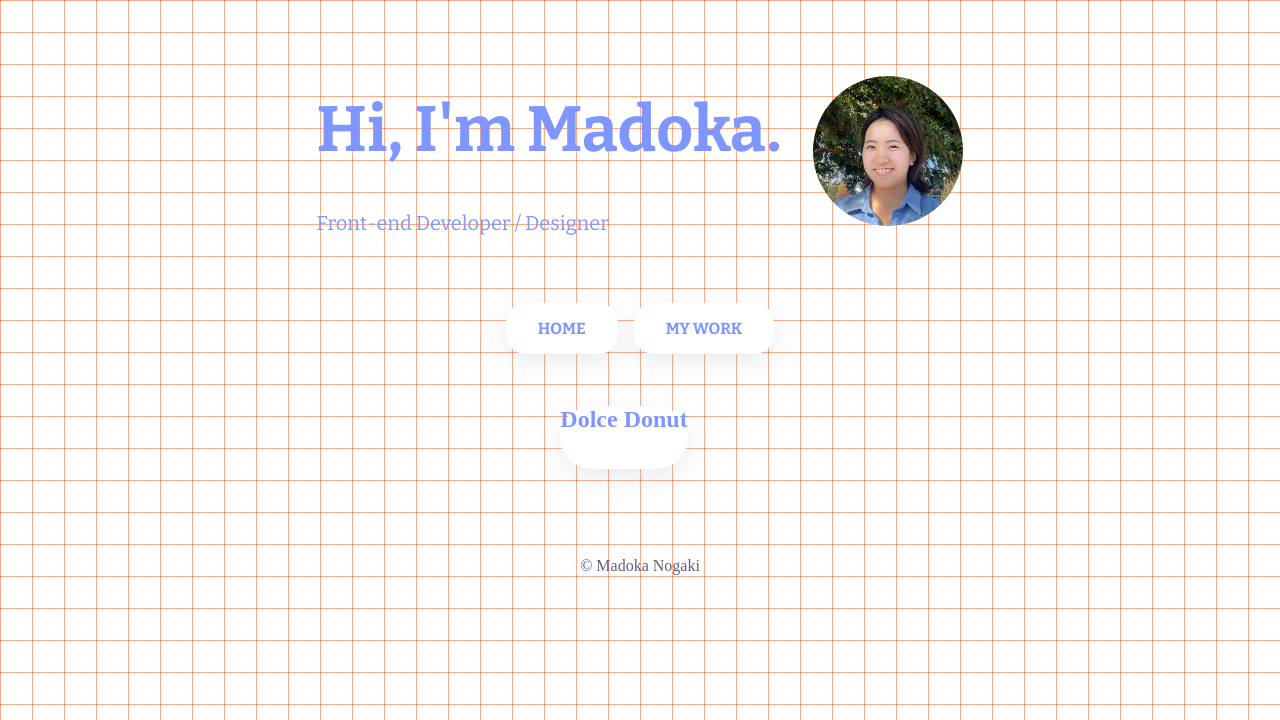
Repository: ohmaruko/portfolio
Page: /works
An editor plug-in stored every save of this project. The page is shown before and after a run of saves, followed by the edit.
The browser window is 1280 px wide. The pictures show the whole page.
Pictures or frames that could not be fetched are drawn as grey boxes. The project was rebuilt for these pictures with package versions that can differ from the ones it lists, and the page was loaded fresh each time. The framework's server and built-in components were replaced by stand-ins that run in the browser. Also part of the build but not shown: next.config.mjs.

Above is the page before, as saved 2024-02-17 22:16:19.

After the next 9 saves:
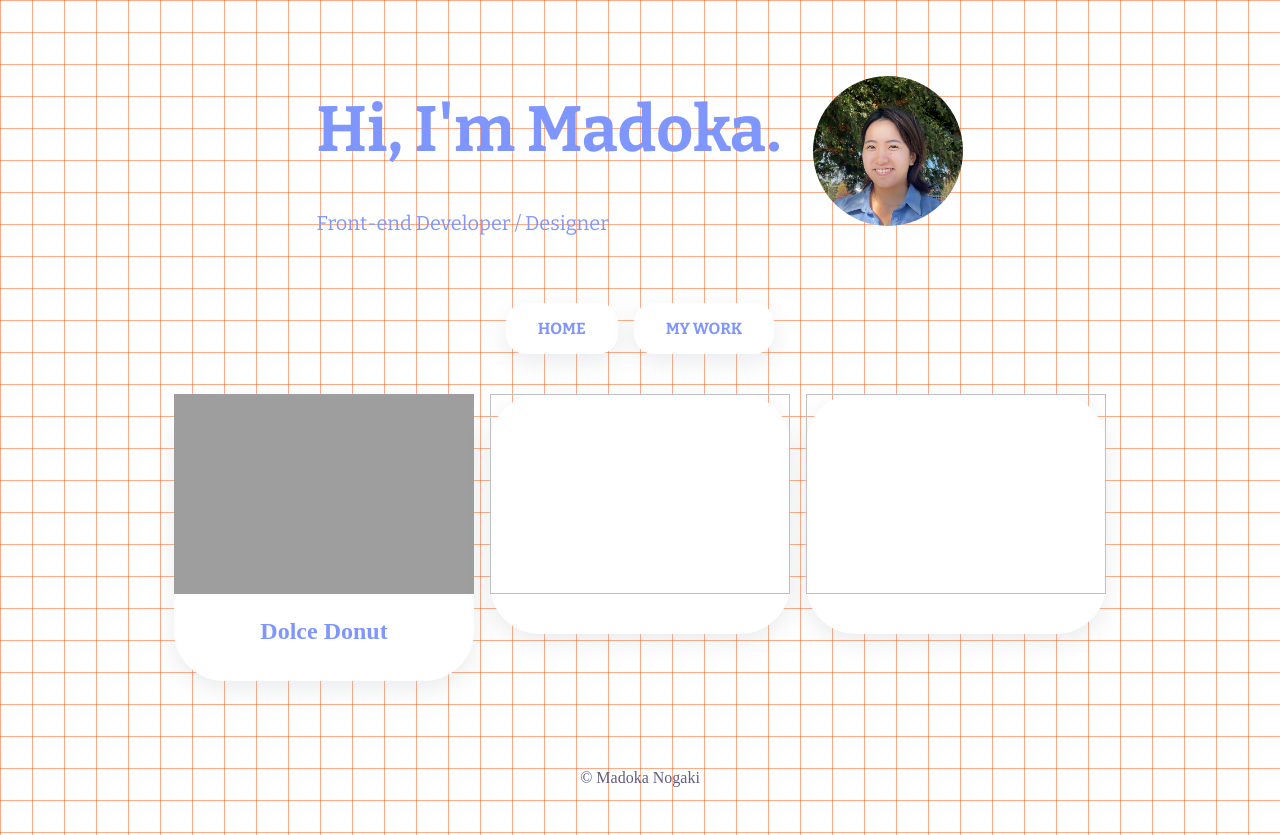
The 9 saves are shown as one change because 2 did not build or start and some came seconds apart.
The last was saved 33 s later.
--- a/components/Box2/index.js
+++ b/components/Box2/index.js
@@ -1,5 +1,6 @@
 import styles from "./Box2.module.css"
 import Image from "next/image"
+import Link from "next/link"
 
 export default function Box2({
     title,
@@ -8,7 +9,7 @@ export default function Box2({
 }) {
     return (
         <div className={styles.box2}>
-            <a></a>
+            <Link href="/"><Image src={image} width={300} height={200}/></Link>
             <h2 style={{color: "var(--blue)", textAlign: "center"}}>{title}</h2>
         </div>
     )
